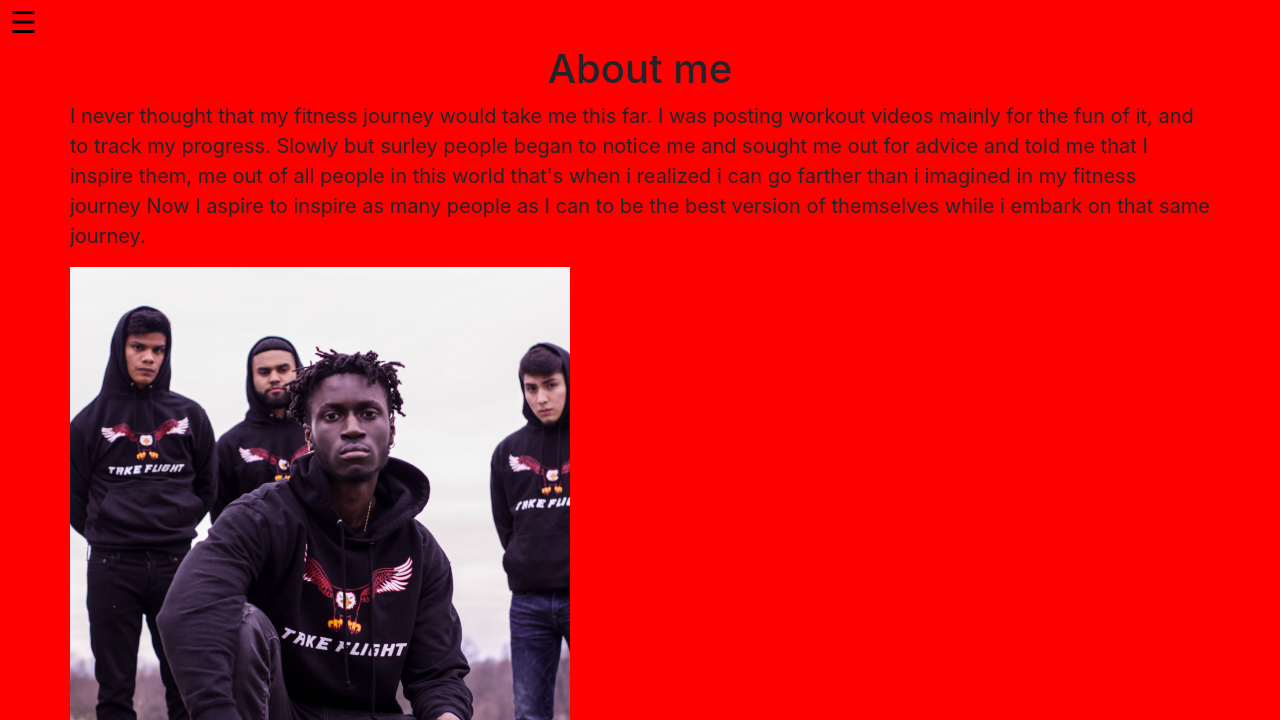
Repository: mamadont/MamadouFitnessWebsite
Page: pages-html/about-me.html
The author's editor kept a copy of each file at every save. The page is drawn from the files as they stood at one save, then again after the next save.
The browser window is 1280 px wide. The pictures show the whole page.
Some web libraries are served in a nearby version.

Above is the page before, as saved 2020-07-09 01:22:02.

### pages-html/about-me.html
<!DOCTYPE html>
<html>

<head>
    <title>Mamadou Fitness</title>
    <link rel="stylesheet" href='../pages-css/about-me.css'>
    <meta name="viewport" content="width=device-width, initial-scale=1.0">

    <!-- Bootstrap -->
    <link rel="stylesheet" href="https://stackpath.bootstrapcdn.com/bootstrap/4.5.0/css/bootstrap.min.css" integrity="sha384-9aIt2nRpC12Uk9gS9baDl411NQApFmC26EwAOH8WgZl5MYYxFfc+NcPb1dKGj7Sk" crossorigin="anonymous">
    <!-- Animate.CSS-->
    <link rel="stylesheet" href="https://cdnjs.cloudflare.com/ajax/libs/animate.css/4.0.0/animate.min.css" />
    <!-- Font Awesome -->
    <script src="https://kit.fontawesome.com/0a51dc7bb6.js" crossorigin="anonymous"></script>
</head>

<body>
    <!-- Parent container-->
    <div id="main" class="bg">
        <!-- Hamburger Icon-->
        <span class="menu-icon" onclick="openNav()">&#9776; </span>

        <!-- About me content-->
        <div class="container">
            <!-- Header -->
            <div class="row justify-content-center animate__animated animate__slideInDown">
                <h1 id="header"> About me</h1>
            </div>

            <!-- About me description -->
            <div id="about-me-desc" class="row justify-content-center animate__animated animate__slideInLeft">
                <div>
                    <p>I never thought that my fitness journey would take me this far. I was posting workout videos mainly for the fun of it, and to track my progress. Slowly but surley people began to notice me and sought me out for advice and told me that
                        I inspire them, me out of all people in this world that's when i realized i can go farther than i imagined in my fitness journey Now I aspire to inspire as many people as I can to be the best version of themselves while i embark
                        on that same journey.</p>
                </div>
            </div>

            <div class="row">
                <img id="my-image" src="../assets/pic2.JPG" />
            </div>

            <!-- Images -->
            <!-- <div id="carousel" class="row carousel slide animate__animated animate__slideInRight" data-ride="carousel">
                <div class="carousel-inner">
                    <div class="carousel-item active">
                        <img class="d-block w-100" src="../assets/pic1.jpg" />
                    </div>
                    <div class="carousel-item">
                        <img class=" w-100" src="../assets/pic2.JPG" />
                    </div>
                    <div class="carousel-item">
                        <img class="d-block w-100" src="../assets/pic3.JPG" />
                    </div>
                    <div class="carousel-item">
                        <img class="d-block w-100" src="../assets/pic4.JPG" />
                    </div>
                </div>
                <a class="carousel-control-prev" href="#carousel" role="button" data-slide="prev">
                    <span class="carousel-control-prev-icon" aria-hidden="true"></span>
                    <span class="sr-only">Previous</span>
                </a>
                <a class="carousel-control-next" href="#carousel" role="button" data-slide="next">
                    <span class="carousel-control-next-icon" aria-hidden="true"></span>
                    <span class="sr-only">Next</span>
                </a>
            </div> -->

        </div>
    </div>

    <!-- Side menu-->
    <div id="myNav" class="overlay">
        <a href="javascript:void(0)" class="closebtn" onclick="closeNav()">&times;</a>
        <div class="overlay-content">
            <!-- Menu Options -->
            <a href="../index.html">Home</a>
            <a href="./pages-html/about-me.html">About me</a>
            <a href="./social-media.html">Social Media</a>
            <a href="#">Workout Programs</a>
            <a href="#">Shop</a>
            <a href="./contact-me.html">Apply for Coaching</a>
        </div>
    </div>

    <!-- Javascript for this page-->
    <script src="../scripts/script.js"></script>
    <!-- Necessary script tags for Bootstrap-->
    <script src="https://code.jquery.com/jquery-3.5.1.slim.min.js" integrity="sha384-DfXdz2htPH0lsSSs5nCTpuj/zy4C+OGpamoFVy38MVBnE+IbbVYUew+OrCXaRkfj" crossorigin="anonymous"></script>
    <script src="https://cdn.jsdelivr.net/npm/popper.js@1.16.0/dist/umd/popper.min.js" integrity="sha384-Q6E9RHvbIyZFJoft+2mJbHaEWldlvI9IOYy5n3zV9zzTtmI3UksdQRVvoxMfooAo" crossorigin="anonymous"></script>
    <script src="https://stackpath.bootstrapcdn.com/bootstrap/4.5.0/js/bootstrap.min.js" integrity="sha384-OgVRvuATP1z7JjHLkuOU7Xw704+h835Lr+6QL9UvYjZE3Ipu6Tp75j7Bh/kR0JKI" crossorigin="anonymous"></script>
</body>

</html>

### pages-css/about-me.css
/* Background Image */

body,
html {
    height: 100%;
    overflow-x: hidden;
    overflow-y: hidden;
    background-color: red;
}

.bg {
    /* The image used */
    background-color: #FF0000;
    /* Full height */
    height: 100%;
    /* Center and scale the image nicely */
    background-position: center;
    background-repeat: no-repeat;
    background-size: cover;
    z-index: -1;
}


/* Hamburger (Menu) icon */

.menu-icon {
    font-size: 30px;
    cursor: pointer;
    padding-left: 10px;
    color: black;
    height: 300px;
    width: 300px;
}


/* About me header */

#about-me-header {
    text-align: center;
}


/* Menu overlay */

.overlay {
    height: 100%;
    width: 0;
    position: fixed;
    z-index: 1;
    top: 0;
    left: 0;
    background-color: black;
    overflow-x: hidden;
    transition: 0.5s;
}

.overlay-content {
    position: relative;
    top: 25%;
    width: 100%;
    text-align: center;
    margin-top: 30px;
}

.overlay a {
    padding: 8px;
    text-decoration: none;
    font-size: 36px;
    color: #818181;
    display: block;
    transition: 0.3s;
}

.overlay a:hover,
.overlay a:focus {
    color: red;
    text-decoration: none;
}

.overlay .closebtn {
    position: absolute;
    top: 20px;
    right: 45px;
    font-size: 60px;
}

@media screen and (max-height: 450px) {
    .overlay a {
        font-size: 20px
    }
    .overlay .closebtn {
        font-size: 40px;
        top: 15px;
        right: 35px;
    }
}


/* About me content */

p {
    font-size: 20px;
}

img {
    width: 250px;
    height: 250px;
    object-fit: cover;
}

#header {
    text-align: center;
}

#my-image {
    height: 500px;
    width: 500px;
}


/* For smaller screens */

@media(max-width: 767px) {
    p {
        font-size: larger;
    }
    #about-me-desc {
        padding: 20px;
    }
    #carousel {
        padding: 10px;
    }
}

### scripts/script.js
function openNav() {
    // Changes width based on the width of the viewport (30% for larger screens, 100% for smaller screens)
    if (window.innerWidth < 1280) {
        document.getElementById("myNav").style.width = "100%";
    } else {
        document.getElementById("myNav").style.width = "30%";
    }

    document.getElementById("main").style.opacity = 0.5;



}

function closeNav() {
    document.getElementById("myNav").style.width = "0%";
    document.getElementById("main").style.opacity = 1.0
}

After the next save:
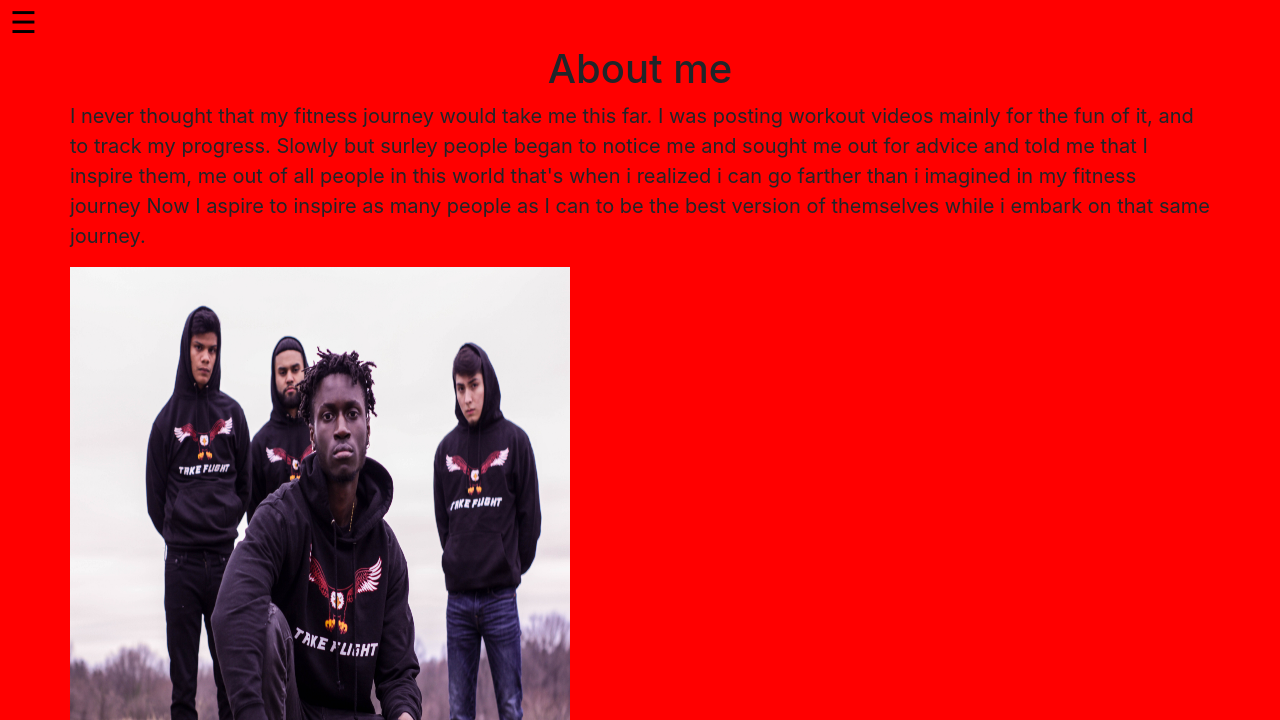
Saved 11 s later.
--- a/pages-css/about-me.css
+++ b/pages-css/about-me.css
@@ -102,12 +102,6 @@ p {
     font-size: 20px;
 }
 
-img {
-    width: 250px;
-    height: 250px;
-    object-fit: cover;
-}
-
 #header {
     text-align: center;
 }
